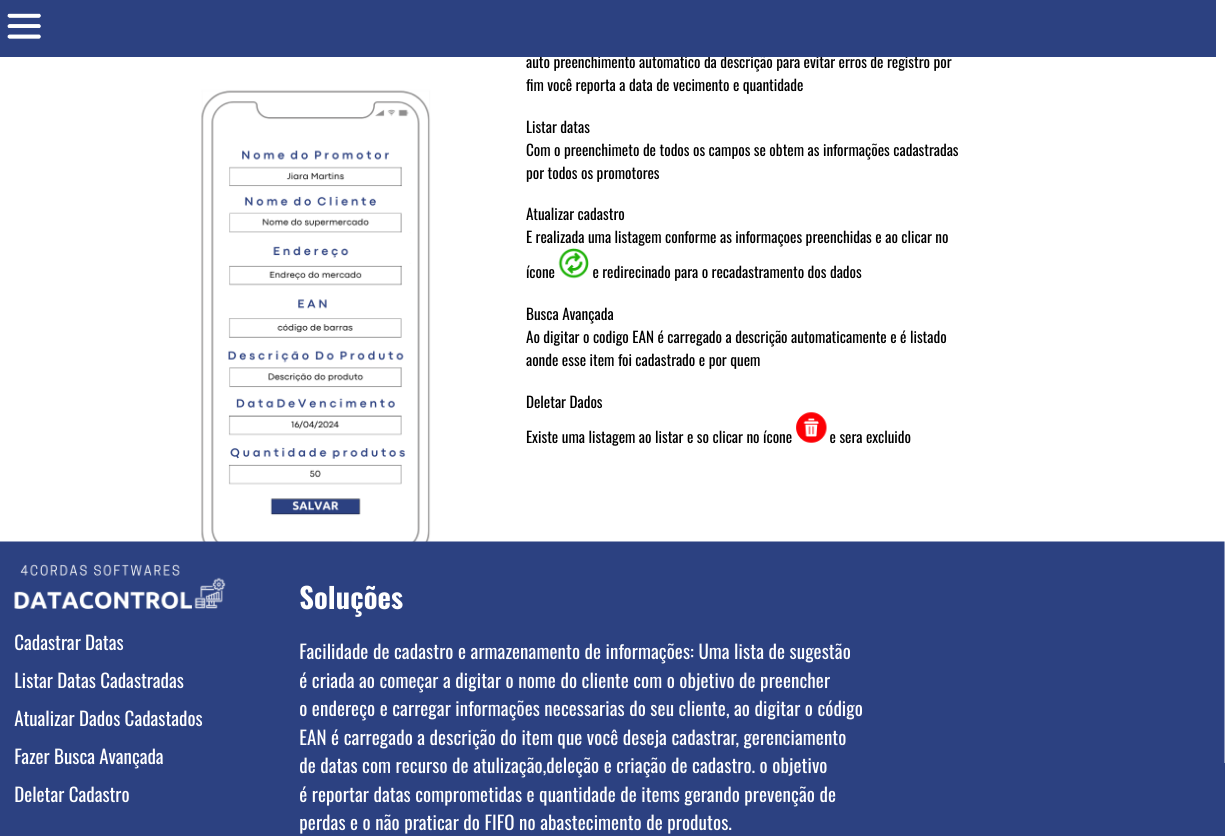
Repository: alfredo-allan/ControleDeDatasFrontEnd
Page: index.html
The author's editor kept a copy of each file at every save. The page is drawn from the files as they stood at one save, then again after the next save.
The browser window is 1280 px wide. The page is 1289 px wide, so the pictures cover 1289 px, including what lies to the right of the window. The pictures show the whole page, at 95% of full size.

Above is the page before, as saved 2024-04-30 14:39:29.
Console error: TypeError: Cannot read properties of null (reading 'addEventListener')

After the next save:
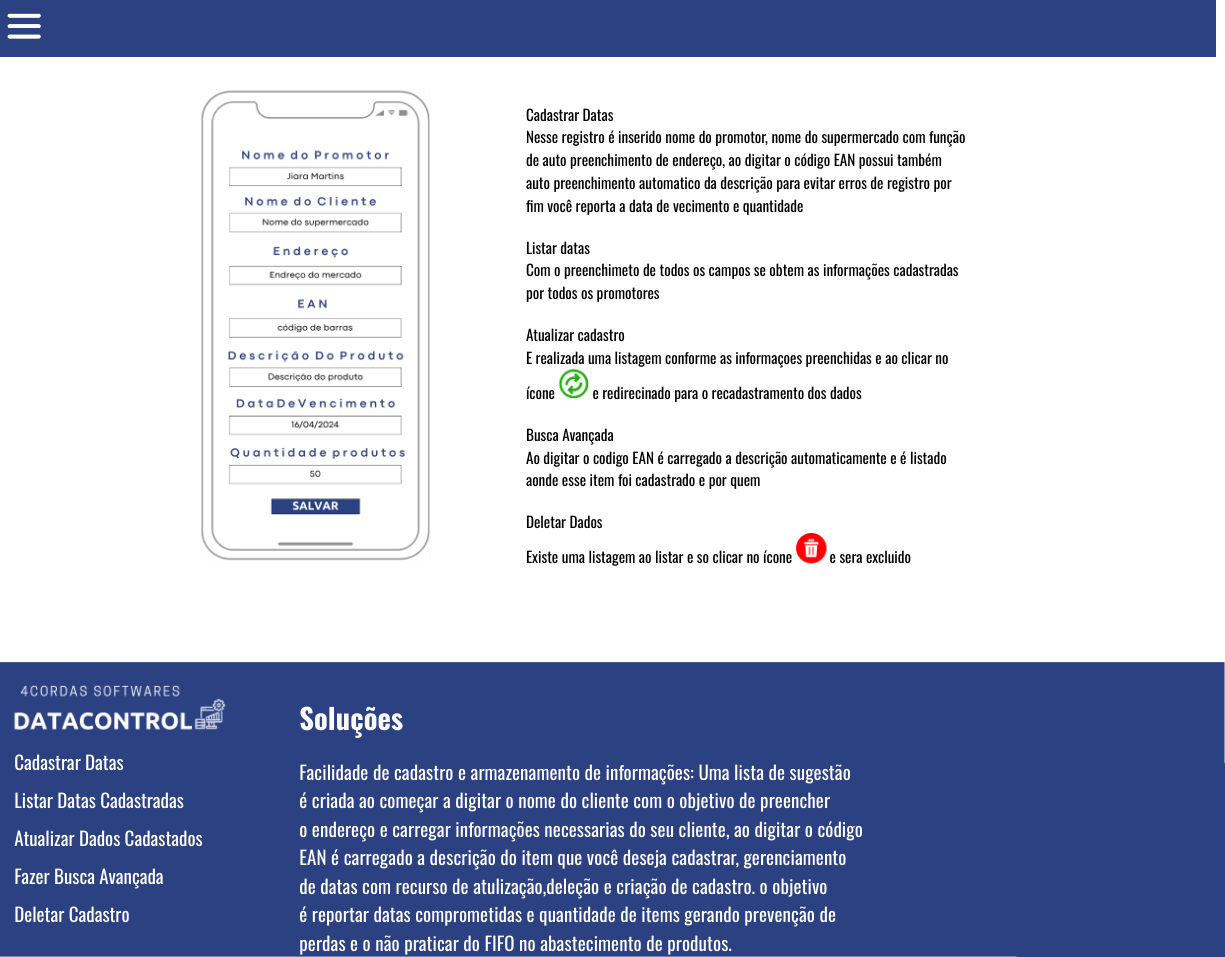
Saved 4 s later.
--- a/style/style.css
+++ b/style/style.css
@@ -446,7 +446,7 @@ button:focus {
   flex-direction: column;
   justify-content: center;
   margin-left: 40%;
-  margin-top: -50%;
+  margin-top: -40%;
   width: 40%;
   li {
     list-style: none;
